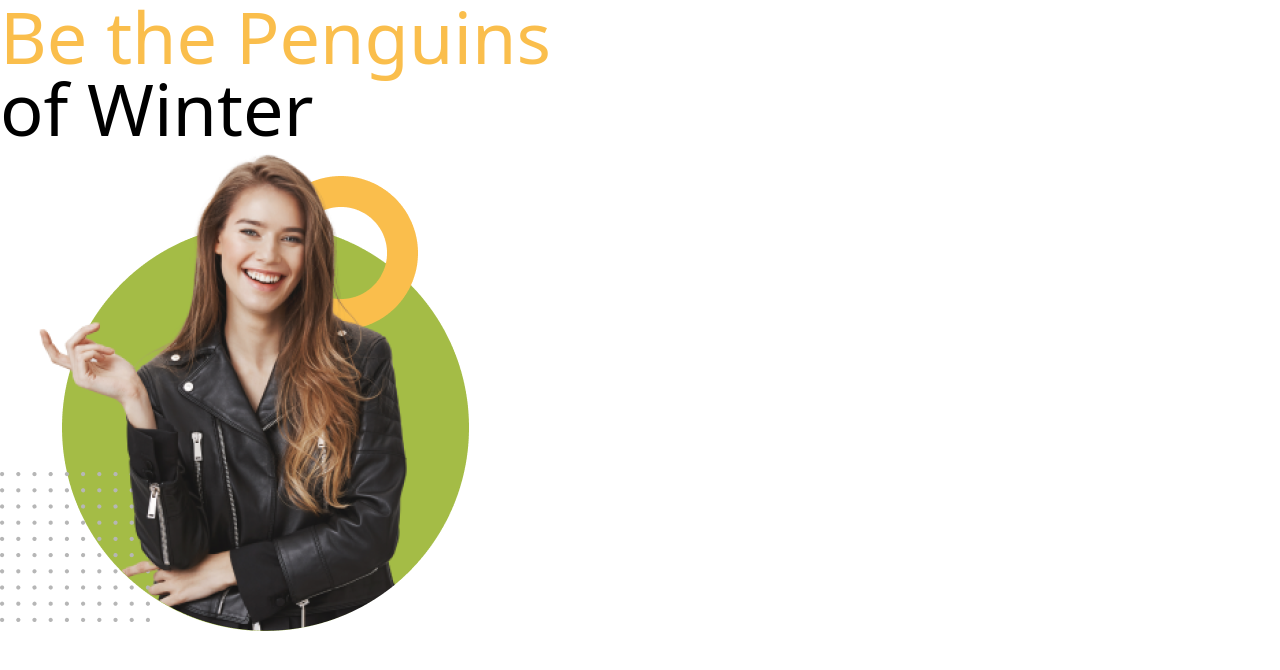
Repository: SyeadaSakina/Penguins-fashion
Page: index.html
These files come from the project's save history. The page is drawn as it stood at one moment and after the next save; the edit follows.
The browser window is 1280 px wide. The pictures show the whole page.
Some web libraries are served in a nearby version.

Above is the page before, as saved 2023-07-21 22:18:10.

### index.html
<!DOCTYPE html>
<html lang="en">

<head>
    <meta charset="UTF-8">
    <meta name="viewport" content="width=device-width, initial-scale=1.0">
    <title>Penguin Fashion</title>
    <script src="https://cdn.tailwindcss.com"></script>
</head>

<body>
    <header>
        <div>
            <div>
                <h1 class="text-7xl"> <span class="text-[#FABE4C]">Be the Penguins</span>
                    <br> of Winter
                </h1>
            </div>
        </div>
        <div>
            <img src="images/model.png" alt="Image of a model">
        </div>
    </header>
    <main>

    </main>
    <footer>

    </footer>
</body>

</html>

After the next save:
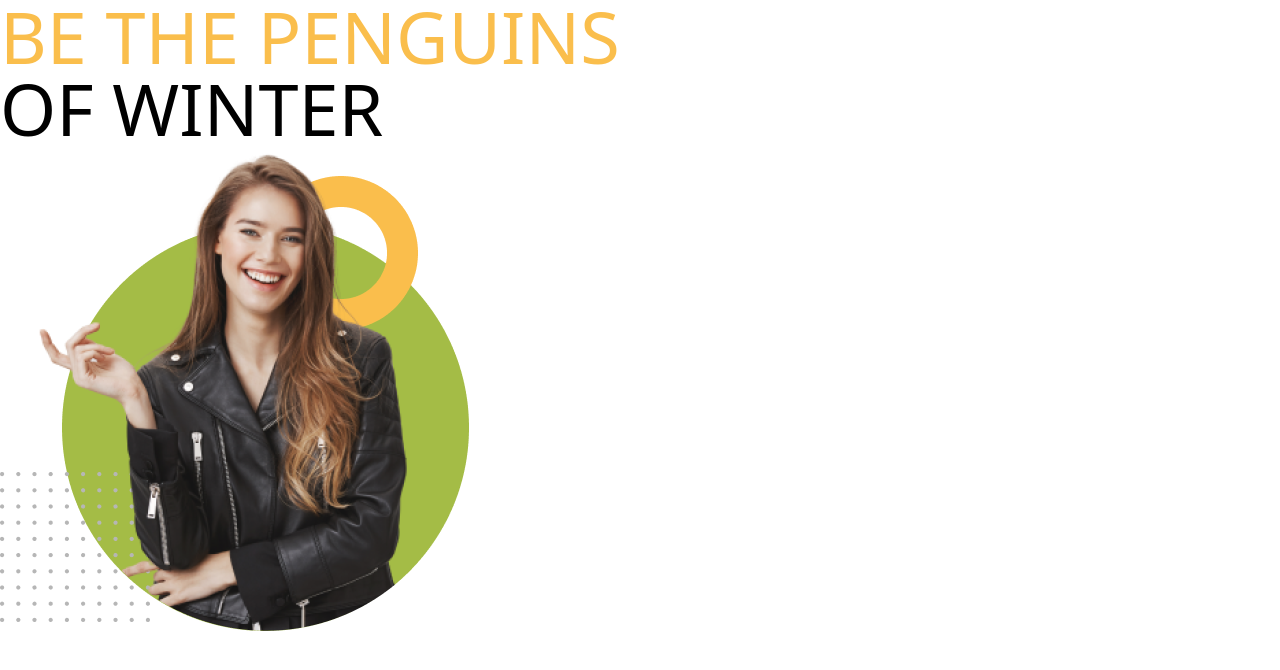
Saved 61 s later.
--- a/index.html
+++ b/index.html
@@ -12,7 +12,7 @@
     <header>
         <div>
             <div>
-                <h1 class="text-7xl"> <span class="text-[#FABE4C]">Be the Penguins</span>
+                <h1 class="text-7xl uppercase"> <span class="text-[#FABE4C]">Be the Penguins</span>
                     <br> of Winter
                 </h1>
             </div>
